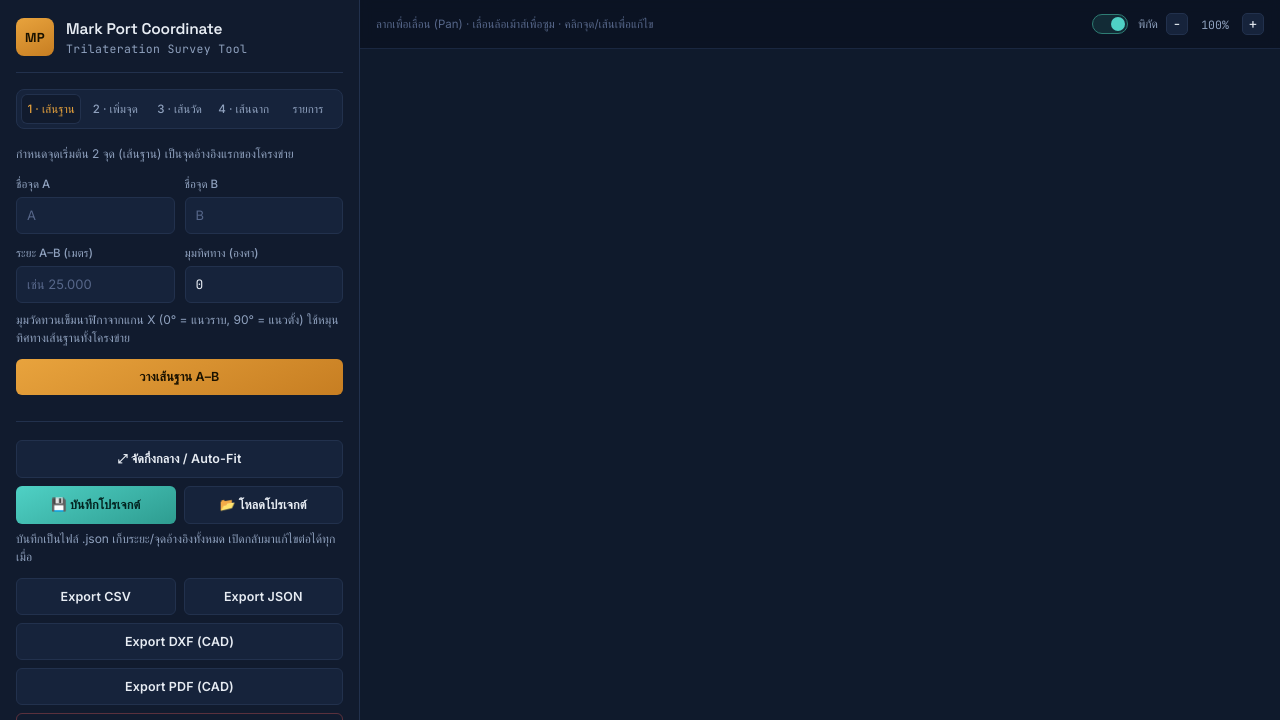
Repository: Artimis2nd/Area
Page: index.html
An editor plug-in stored every save of this project. The page is shown before and after the next save, followed by the edit.
The browser window is 1280 px wide. The pictures show the whole page.

Above is the page before, as saved 2026-08-18 16:54:36.
Console error: SyntaxError: missing ) after argument list

After the next save:
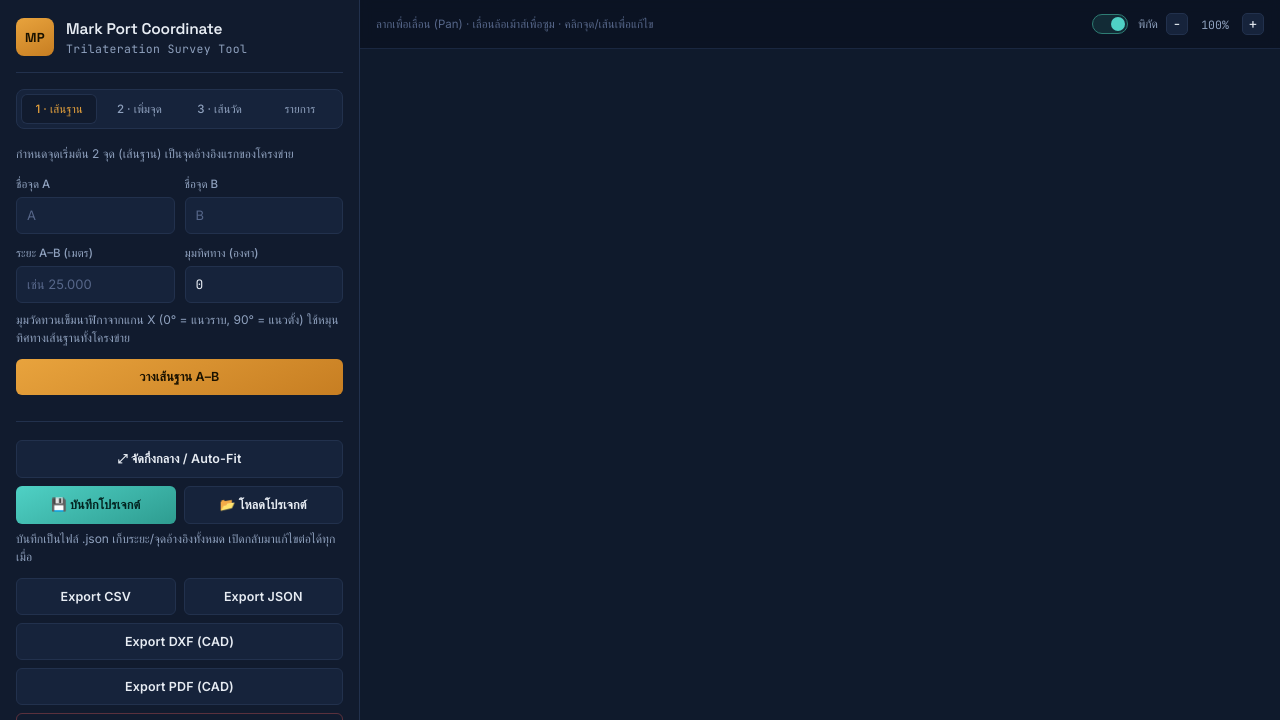
Saved 15 min 6 s later.
--- a/index.html
+++ b/index.html
@@ -32,7 +32,6 @@
       <button class="tab is-active" data-tab="setup">1 · เส้นฐาน</button>
       <button class="tab" data-tab="add">2 · เพิ่มจุด</button>
       <button class="tab" data-tab="line">3 · เส้นวัด</button>
-      <button class="tab" data-tab="offset">4 · เส้นฉาก</button>
       <button class="tab" data-tab="table">รายการ</button>
     </nav>
 
@@ -118,12 +117,13 @@
       </p>
 
       <div class="measure-mode">
-        <button type="button" class="btn btn--ghost is-active" data-measure-mode="edge">จาก 2 เส้น</button>
-        <button type="button" class="btn btn--ghost" data-measure-mode="point">จาก 2 จุด</button>
+        <button type="button" class="btn btn--ghost is-active" data-measure-mode="edge">จาก 2 เส้น (หาจุดร่วม)</button>
+        <button type="button" class="btn btn--ghost" data-measure-mode="point">จาก 2 จุด (วัดระยะ)</button>
+        <button type="button" class="btn btn--ghost" data-measure-mode="perpendicular">จากเส้น (ตั้งฉาก)</button>
       </div>
 
       <form id="formClosure" class="form measure-form" data-form="edge">
-        <div class="field-row">
+        <div class="field-row" style="align-items: flex-end;">
           <label class="field">
             <span>เส้นที่ 1</span>
             <select id="clEdgeA" required></select>
@@ -133,12 +133,12 @@
             <select id="clEdgeB" required></select>
           </label>
         </div>
-        <p class="panel__hint" style="margin:0;">💡 หรือ คลิกเส้น 2 เส้นบนหน้าจอ — จะเติมเข้า "เส้นที่ 1/2" ให้อัตโนมัติ</p>
+        <p class="panel__hint" style="margin:0;">💡 หรือ คลิกเส้น 2 เส้นบน Canvas — จะเติมเข้าฟอร์มให้อัตโนมัติ</p>
         <button type="submit" class="btn btn--accent">+ สร้างเส้นที่ 3 (หาจุดร่วมเอง)</button>
         <p class="form__msg" id="closureMsg"></p>
       </form>
 
-      <form id="formMeasurePt" class="form measure-form" data-form="point" style="display:none;">
+      <form id="formMeasurePt" class="form measure-form" data-form="point" style="display: none;">
         <div class="field-row">
           <label class="field">
             <span>จุดที่ 1</span>
@@ -149,51 +149,35 @@
             <select id="clPointB" required></select>
           </label>
         </div>
-        <p class="panel__hint" style="margin:0;">💡 หรือ คลิกจุด 2 จุดบนหน้าจอ — จะเติมเข้า "จุดที่ 1/2" ให้อัตโนมัติ</p>
+        <p class="panel__hint" style="margin:0;">💡 หรือ คลิกจุด 2 จุดบน Canvas — จะเติมเข้าฟอร์มให้อัตโนมัติ</p>
         <button type="submit" class="btn btn--accent">+ เพิ่มเส้นวัด (จาก 2 จุด)</button>
         <p class="form__msg" id="measurePtMsg"></p>
       </form>
-    </section>
-
-    <!-- ---- Panel: Step 4 Right-angle offset ---- -->
-    <section class="panel" data-panel="offset">
-      <p class="panel__hint">สร้างจุดใหม่โดยการลากเส้นตั้งฉาก 90° จากปลายเส้นที่มีอยู่แล้ว</p>
-
-      <form id="formOffset" class="form">
-        <div class="field-row">
-          <label class="field">
-            <span>จุดปลายเส้นฐาน (C)</span>
-            <select id="offsetRefC" required></select>
-          </label>
-          <label class="field">
-            <span>จุดมุมฉาก 90° (E)</span>
-            <select id="offsetRefE" required></select>
-          </label>
-        </div>
-        <p class="panel__hint" style="margin:0;">จะสร้างเส้นตั้งฉากกับเส้น C–E ที่จุด E</p>
-
+
+      <form id="formPerpendicular" class="form measure-form" data-form="perpendicular" style="display: none;">
+        <div class="field-row">
+          <label class="field">
+            <span>เส้นฐาน</span>
+            <select id="perpBaseEdge" required></select>
+          </label>
+          <label class="field">
+            <span>จุดหมุน (Origin)</span>
+            <select id="perpOriginPoint" required></select>
+          </label>
+        </div>
         <label class="field">
-          <span>ระยะตั้งฉาก E–F (เมตร)</span>
-          <input type="number" id="offsetLen" step="any" min="0.001" required>
-        </label>
-
-        <label class="field">
-          <span>ชื่อจุดใหม่ F <em>(เว้นว่าง = รันอัตโนมัติ)</em></span>
-          <input type="text" id="offsetNewName" placeholder="อัตโนมัติ" maxlength="12">
-        </label>
-
+          <span>ระยะเส้นตั้งฉาก (เมตร)</span>
+          <input type="number" id="perpLength" step="any" min="0.001" required>
+        </label>
         <label class="switch">
-          <input type="checkbox" id="offsetFlip">
+          <input type="checkbox" id="perpFlipSide">
           <span class="switch__track"><span class="switch__thumb"></span></span>
-          <span class="switch__label">Flip Side (สลับด้านของเส้นตั้งฉาก)</span>
-        </label>
-
-        <button type="submit" class="btn btn--accent">+ สร้างจุดมุมฉาก</button>
-        <p class="form__msg" id="offsetMsg"></p>
-      </form>
-      <p class="panel__hint" style="margin-top:12px;">
-        โปรแกรมจะสร้างจุด F, เส้นตั้งฉาก E–F, และเส้นปิด C–F (ด้านตรงข้ามมุมฉาก) ให้โดยอัตโนมัติ
-      </p>
+          <span class="switch__label">Flip Side (สลับทิศทางเส้นตั้งฉาก)</span>
+        </label>
+        <p class="panel__hint" style="margin-top: 8px;">💡 หรือ คลิกเส้นบน Canvas เพื่อเลือกเป็นเส้นฐาน</p>
+        <button type="submit" class="btn btn--accent">+ สร้างเส้นตั้งฉาก</button>
+        <p class="form__msg" id="perpMsg"></p>
+      </form>
     </section>
 
     <!-- ---- Panel: Table of points & edges ---- -->
